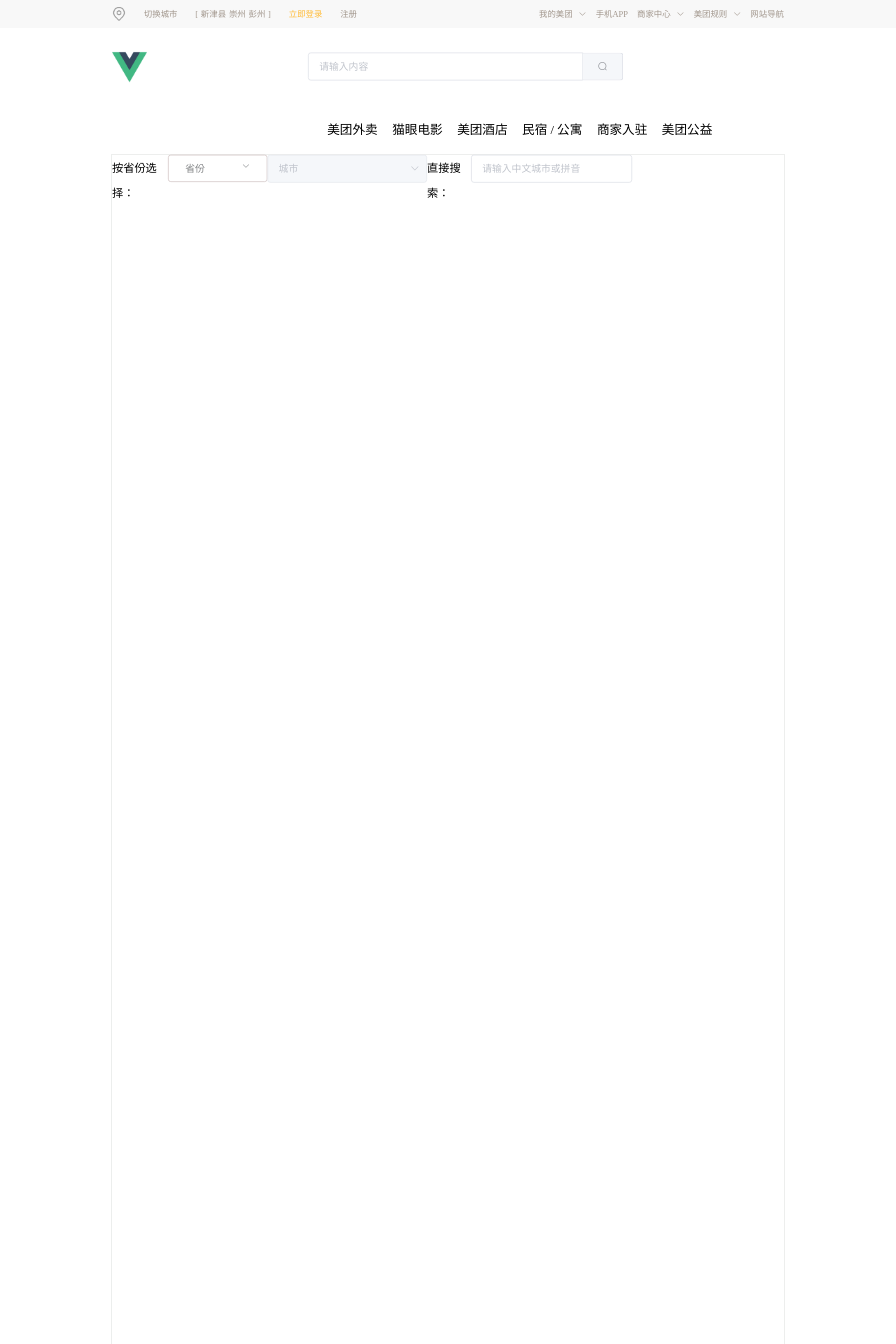
Repository: Wu-Tong-Xian/EasyMeituan
Page: /citySelection
An editor plug-in stored every save of this project. The page is shown before and after the next save, followed by the edit.
The browser window is 1280 px wide. The pictures show the part of the page from y = 0 to 1920 px (the page is 2764 px tall), at 70% of full size.
The page's requests for data from a server got no answer. The project was rebuilt for these pictures with package versions that can differ from the ones it lists, and the page was loaded fresh each time. No one was signed in, and anything a server would have sent is missing. Also part of the build but not shown: vue.config.js, src/components/home/sortingRotations.vue, src/components/home/stylish.vue, src/views/Home.vue.

Above is the page before, as saved 2020-08-25 10:51:36.

After the next save:
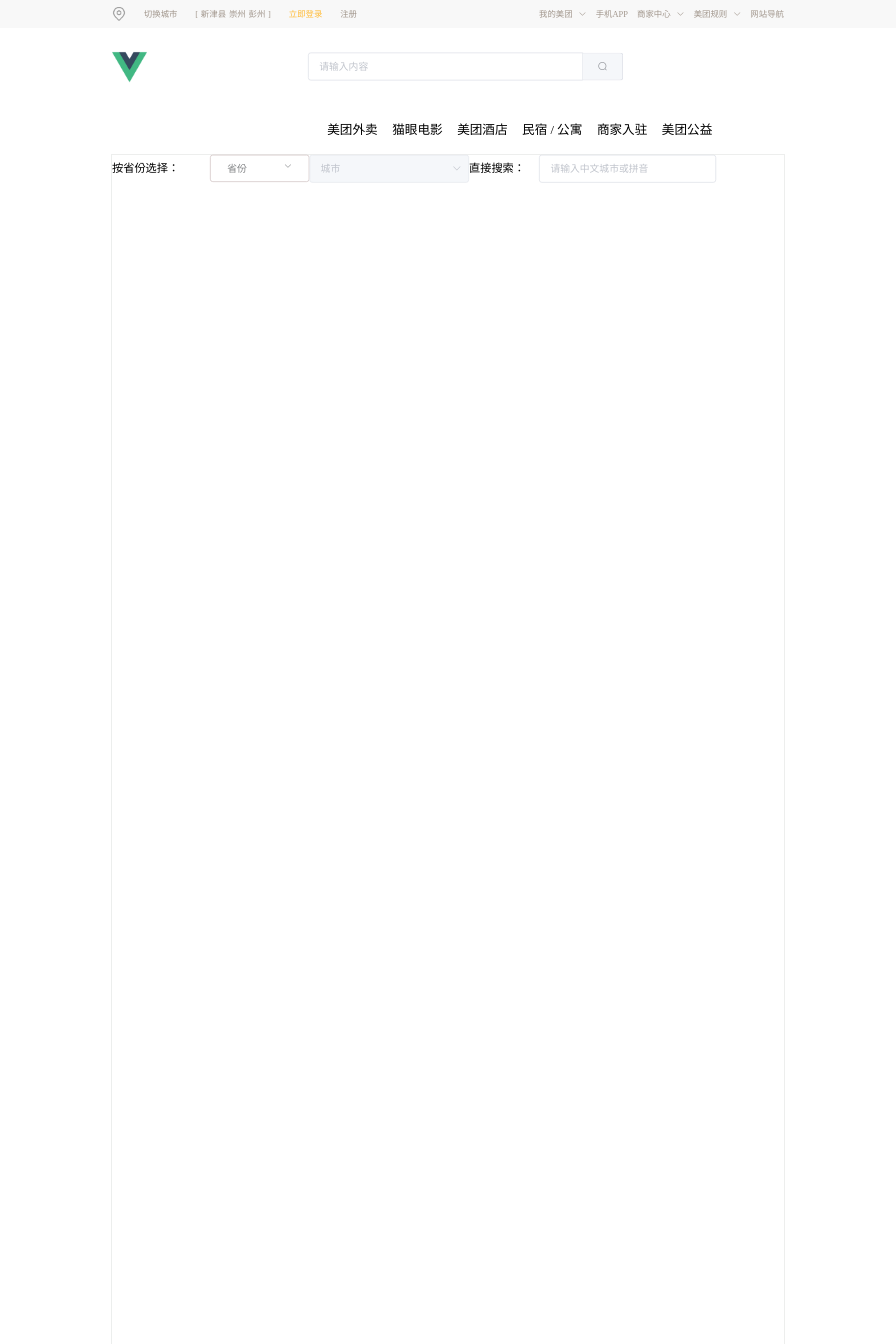
Saved 8 s later.
--- a/src/views/citySelection/citySelection.vue
+++ b/src/views/citySelection/citySelection.vue
@@ -73,7 +73,7 @@
 }
 
 .box1 {
-  width: 80px;
+  width: 140px;
   height: 37px;
   line-height: 37px;
 }
